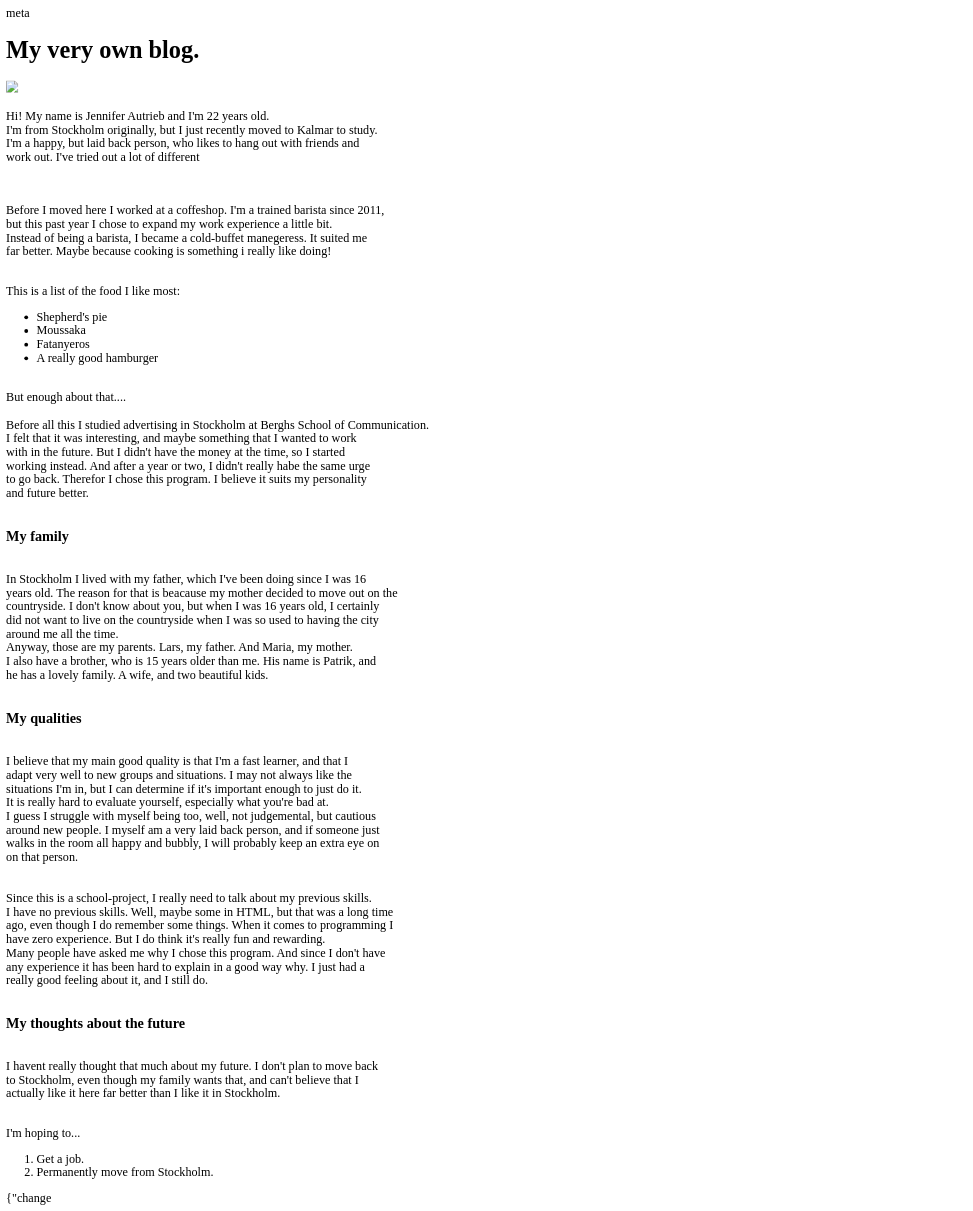
Repository: JeAut/1ik415-JeAut-laborationer
Page: WWW/pages/Presentation.html
The author's editor kept a record of every edit. The page is drawn from the files as they stood at one moment, then again after the next edit.
The browser window is 1280 px wide. The pictures show the whole page, at 76% of full size.

Above is the page before.
Not found: WWW/pages/WWW/pics/jennifer.jpg

### WWW/pages/Presentation.html
<!DOCTYPE html>
<html>
    <head>

        <meta http-equiv="content-type" content="text/html; charset=iso-8859-1" />
        <title>`substitute(Filename('', 'Page Title'), '^.', '\u&', '')`</title>
        meta
    </head>
    <body>
        <a id="doc"><h1>My very own blog.</h1></a>
        <img src="WWW/pics/jennifer.jpg" width="301"/>
        <br>
        <br>Hi! My name is Jennifer Autrieb and I'm 22 years old.
        <br>I'm from Stockholm originally, but I just recently moved to Kalmar to study.
        <br>I'm a happy, but laid back person, who likes to hang out with friends and
        <br>work out. I've tried out a lot of different
        <br>
        <br><dl>

        </dl>
        <br>Before I moved here I worked at a coffeshop. I'm a trained barista since 2011,
        <br>but this past year I chose to expand my work experience a little bit.
        <br>Instead of being a barista, I became a cold-buffet manegeress. It suited me
        <br>far better. Maybe because cooking is something i really like doing!
        <br>
        <br><p>This is a list of the food I like most:</p>
        <ul>
            <li>Shepherd's pie</li>
            <li>Moussaka</li>
            <li>Fatanyeros</li>
            <li>A really good hamburger</li>
        </ul>
        <br>But enough about that....
        <br>
        <br>Before all this I studied advertising in Stockholm at Berghs School of Communication.
        <br>I felt that it was interesting, and maybe something that I wanted to work
        <br>with in the future. But I didn't have the money at the time, so I started
        <br>working instead. And after a year or two, I didn't really habe the same urge
        <br>to go back. Therefor I chose this program. I believe it suits my personality
        <br> and future better.
        <br>
        <br><h3>My family</h3>
        <br>In Stockholm I lived with my father, which I've been doing since I was 16
        <br>years old. The reason for that is beacause my mother decided to move out on the
        <br>countryside. I don't know about you, but when I was 16 years old, I certainly
        <br>did not want to live on the countryside when I was so used to having the city
        <br>around me all the time.
        <br>Anyway, those are my parents. Lars, my father. And Maria, my mother.
        <br>I also have a brother, who is 15 years older than me. His name is Patrik, and
        <br>he has a lovely family. A wife, and two beautiful kids.
        <br>
        <br><h3>My qualities</h3>
        <br>I believe that my main good quality is that I'm a fast learner, and that I
        <br>adapt very well to new groups and situations. I may not always like the
        <br>situations I'm in, but I can determine if it's important enough to just do it.
        <br>It is really hard to evaluate yourself, especially what you're bad at.
        <br>I guess I struggle with myself being too, well, not judgemental, but cautious
        <br>around new people. I myself am a very laid back person, and if someone just
        <br>walks in the room all happy and bubbly, I will probably keep an extra eye on
        <br>on that person.
        <br>
        <br>
        <br>Since this is a school-project, I really need to talk about my previous skills.
        <br>I have no previous skills. Well, maybe some in HTML, but that was a long time
        <br>ago, even though I do remember some things. When it comes to programming I
        <br>have zero experience. But I do think it's really fun and rewarding.
        <br>Many people have asked me why I chose this program. And since I don't have
        <br>any experience it has been hard to explain in a good way why. I just had a
        <br>really good feeling about it, and I still do.
        <br>
        <br><h3>My thoughts about the future</h3>
        <br>I havent really thought that much about my future. I don't plan to move back
        <br>to Stockholm, even though my family wants that, and can't believe that I
        <br>actually like it here far better than I like it in Stockholm.
        <br>
        <br><p>I'm hoping to...</p>
        <ol>
        <li>Get a job.</li>
        <li>Permanently move from Stockholm.</li>
        </ol>
    </body>
</html>{"change

After the next edit:
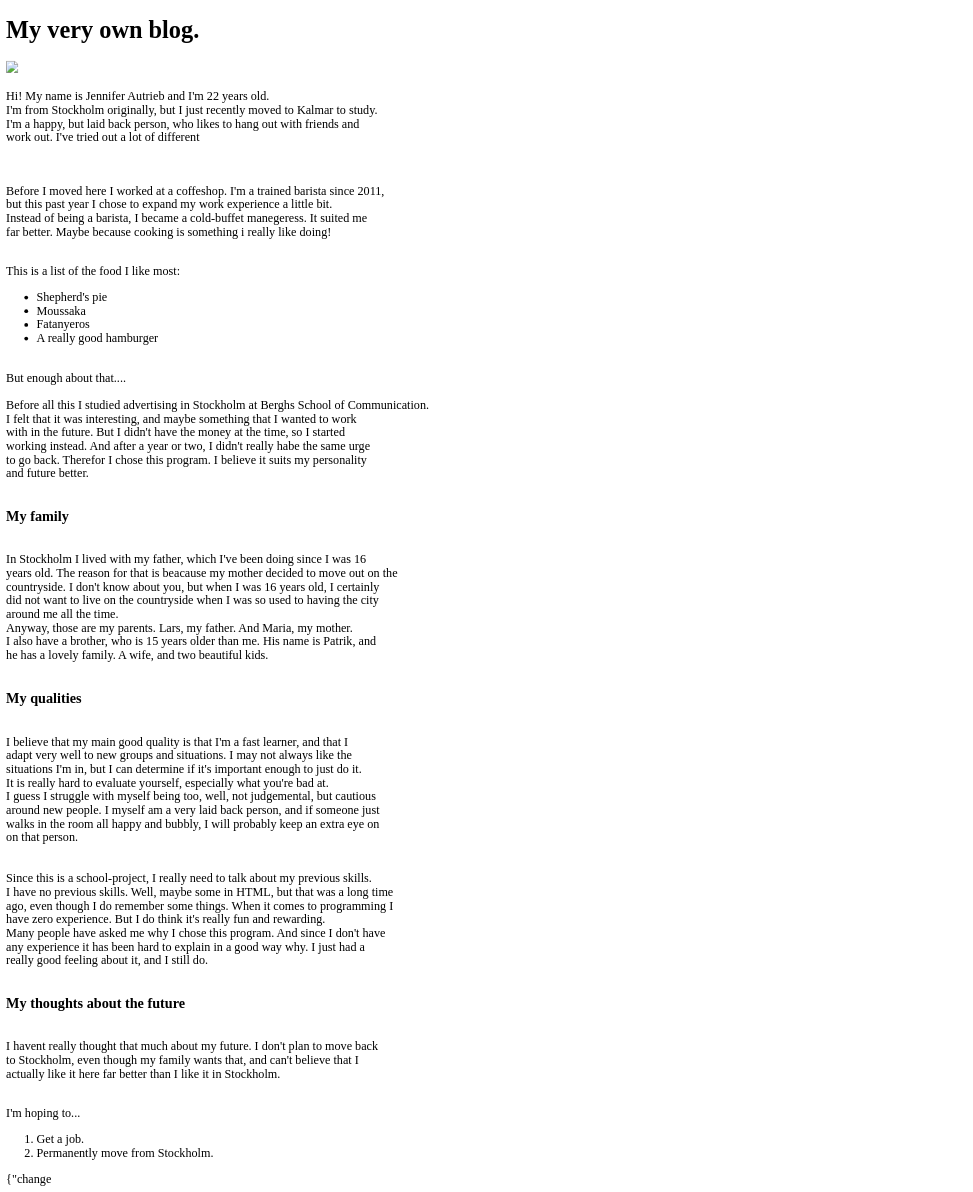
The edit:
--- a/WWW/pages/Presentation.html
+++ b/WWW/pages/Presentation.html
@@ -4,7 +4,7 @@
 
         <meta http-equiv="content-type" content="text/html; charset=iso-8859-1" />
         <title>`substitute(Filename('', 'Page Title'), '^.', '\u&', '')`</title>
-        meta
+
     </head>
     <body>
         <a id="doc"><h1>My very own blog.</h1></a>
